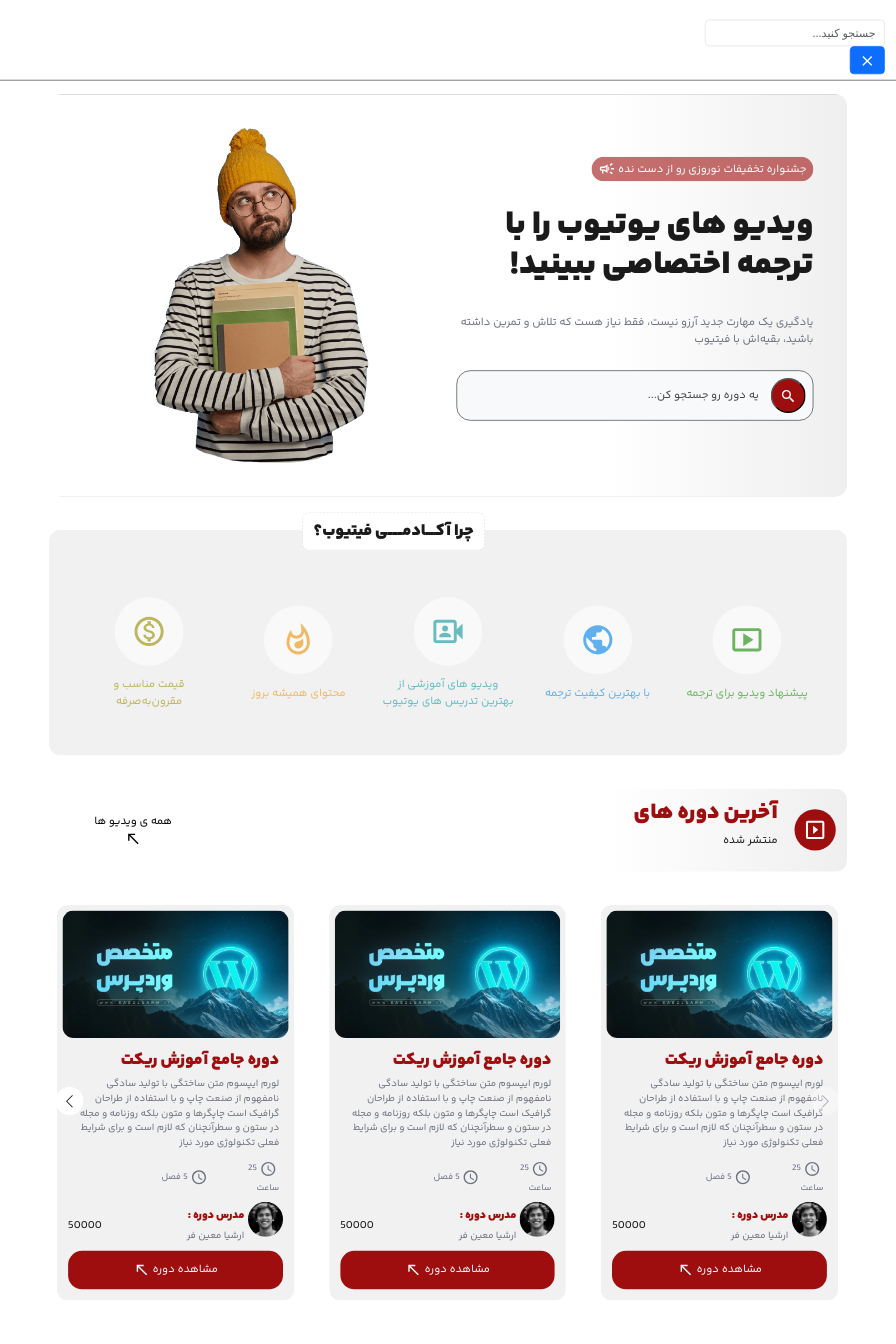
Repository: arshiamoeinfar/fitube
Page: /, after clicking the first element matching `div.utility-bar > :nth-child(2)`
These files come from the project's save history. The page is drawn as it stood at one moment and after the next save; the edit follows.
The browser window is 1280 px wide. The pictures show the part of the page from y = 0 to 1920 px (the page is 2939 px tall), at 70% of full size.
The project was rebuilt for these pictures with package versions that can differ from the ones it lists, and the page was loaded fresh each time. Also part of the build but not shown: src/components/LandingCounter/LandingCounter.css, src/components/LandingCounter/LandingCounter.js, src/components/BoxHeader/BoxHeader.jsx, src/components/Category/Category.jsx, src/components/CartPermium/CartPremium.jsx, src/components/BuyPremium/BuyPremium.jsx, src/pages/Login/Login.js, src/components/MovieHeader/VideoPlayer.css and 2 more. Imported but missing from the stored project, and not drawn on this page: src/assets/videos/video5972191431412946595.mp4.

Above is the page before, as saved 2025-04-04 11:42:04.

After the next save:
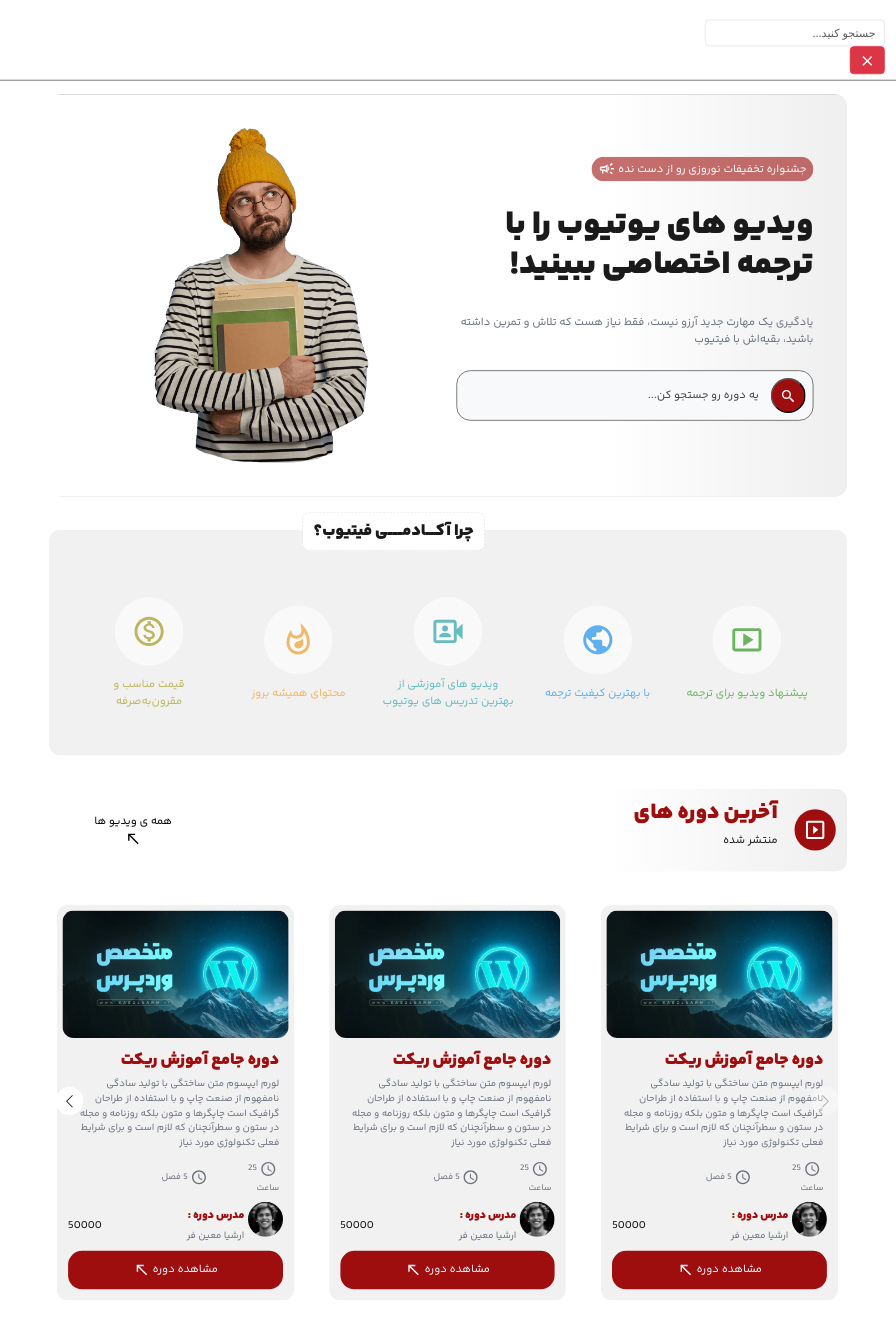
Saved 9 s later.
--- a/src/components/Navbar/Navbar.jsx
+++ b/src/components/Navbar/Navbar.jsx
@@ -23,7 +23,7 @@ const Header = () => {
         isShowSerachBox ? (
           <div className="search-box">
             <input type="text" placeholder="جستجو کنید..." className="form-control" />
-            <button className="btn btn-primary"><CloseIcon/></button>
+            <button className="btn btn-danger"><CloseIcon/></button>
           </div>
         ):(
       <div id="navbar-container" className=" d-flex justify-content-between align-items-center mx-auto">
